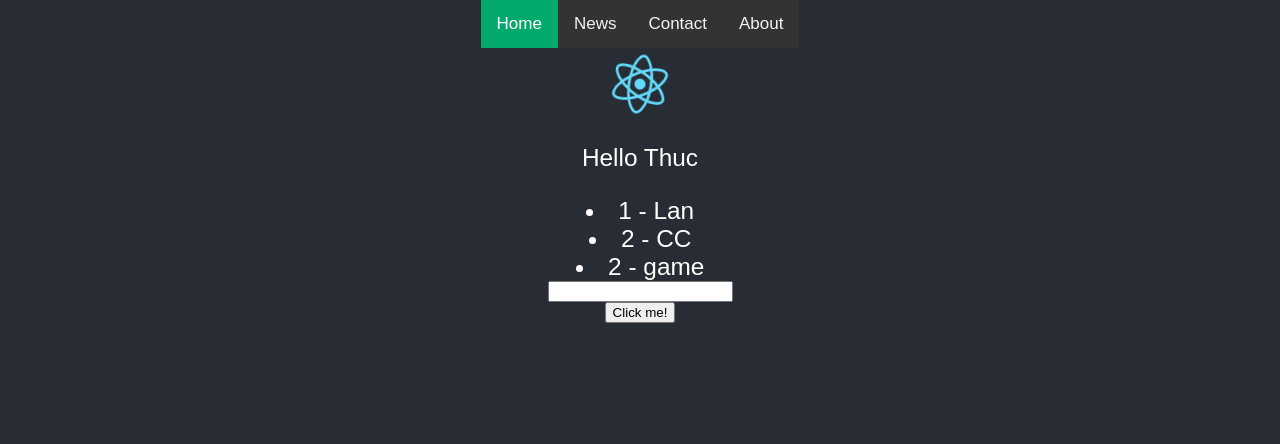
Repository: ThucSkin/React-hook-basic
Page: /
These files come from the project's save history. The page is drawn as it stood at one moment and after the next save; the edit follows.
The browser window is 1280 px wide. The pictures show the whole page.
The project was rebuilt for these pictures with package versions that can differ from the ones it lists, and the page was loaded fresh each time.

Above is the page before, as saved 2023-06-11 01:43:05.

### src/App.js
import logo from './logo.svg';
import './App.css';
import Nav from './views/Nav';
import { useState } from 'react';
import Todo from './views/Todo';


const App = () => {
  //state hook
  let [name, setName] = useState('Thuc');
  const [age, setAge] = useState('');
  const [todos, setTodos] = useState([
    { id: '1', name: 'Lan' },
    { id: '2', name: 'CC' },
    { id: '2', name: 'game' }
  ])


  const handleClickMe = () => {
    if (!age) {
      alert('Please enter a valid age');
      return
    }
    let newTodo = { id: 'abc', name: age };
    setTodos([...todos, newTodo])

    setAge('');
  }
  const handleAge = (e) => {
    setAge(e.target.value);
  }
  //re-render
  return (
    <div className="App">
      <header className="App-header">
        <Nav />
        <img src={logo} className="App-logo" alt="logo" />
        <p>
          Hello {name}
        </p>
        <Todo
          //props:value
          todos={todos}
        />
        <input type='text' value={age} onChange={(e) => handleAge(e)} />
        <button onClick={() => handleClickMe()} type='button'>Click me!</button>

      </header>
    </div>
  );
}

export default App;

### src/App.css
.App {
  text-align: center;
}

.App-logo {
  height: 10vmin;
  pointer-events: none;
}

@media (prefers-reduced-motion: no-preference) {
  .App-logo {
    animation: App-logo-spin infinite 20s linear;
  }
}

.App-header {
  background-color: #282c34;
  min-height: 100vh;
  display: flex;
  flex-direction: column;
  align-items: center;
  /* justify-content: center; */
  font-size: calc(10px + 2vmin);
  color: white;
}

.App-link {
  color: #61dafb;
}

@keyframes App-logo-spin {
  from {
    transform: rotate(0deg);
  }
  to {
    transform: rotate(360deg);
  }
}

### src/views/Nav.js
import './Nav.scss'

const Nav = () => {
    return (
        <div className="topnav">
            <a className="active" href="#home">Home</a>
            <a href="#news">News</a>
            <a href="#contact">Contact</a>
            <a href="#about">About</a>
        </div>
    )
}

export default Nav;

### src/views/Todo.js
//props lấy giữ liệu từ tk cha xuống
const Todo = (props) => {
    //cha -> con
    const todos = props.todos;
    return (
        <div className='todos-container'>
            {todos.map(item => {
                return (
                    <li key={item.id} className='todos-child'>{item.id} - {item.name}</li>
                )
            })}
        </div>
    )
}

export default Todo;

### src/views/Nav.scss
body {
    margin: 0;
    font-family: Arial, Helvetica, sans-serif;

    .topnav {
        overflow: hidden;
        background-color: #333;

        a {
            float: left;
            color: #f2f2f2;
            text-align: center;
            padding: 14px 16px;
            text-decoration: none;
            font-size: 17px;
        }

        a:hover {
            background-color: #ddd;
            color: black;
        }

        a.active {
            background-color: #04AA6D;
            color: white;
        }
    }
}

Loaded but not shown: public/index.html (common file); src/index.js (common file); src/index.css (common file); src/reportWebVitals.js (common file)

After the next save:
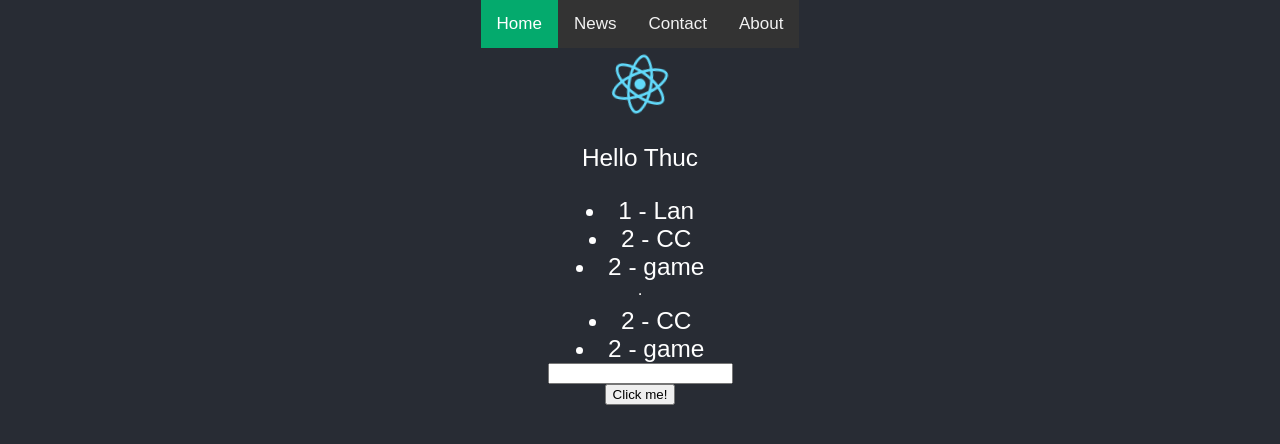
Saved 2 min 24 s later.
--- a/src/App.js
+++ b/src/App.js
@@ -42,6 +42,10 @@
           //props:value
           todos={todos}
         />
+        <hr />
+        <Todo
+          todos={todos.filter(item => item.id === '2')}
+        />
         <input type='text' value={age} onChange={(e) => handleAge(e)} />
         <button onClick={() => handleClickMe()} type='button'>Click me!</button>
 
